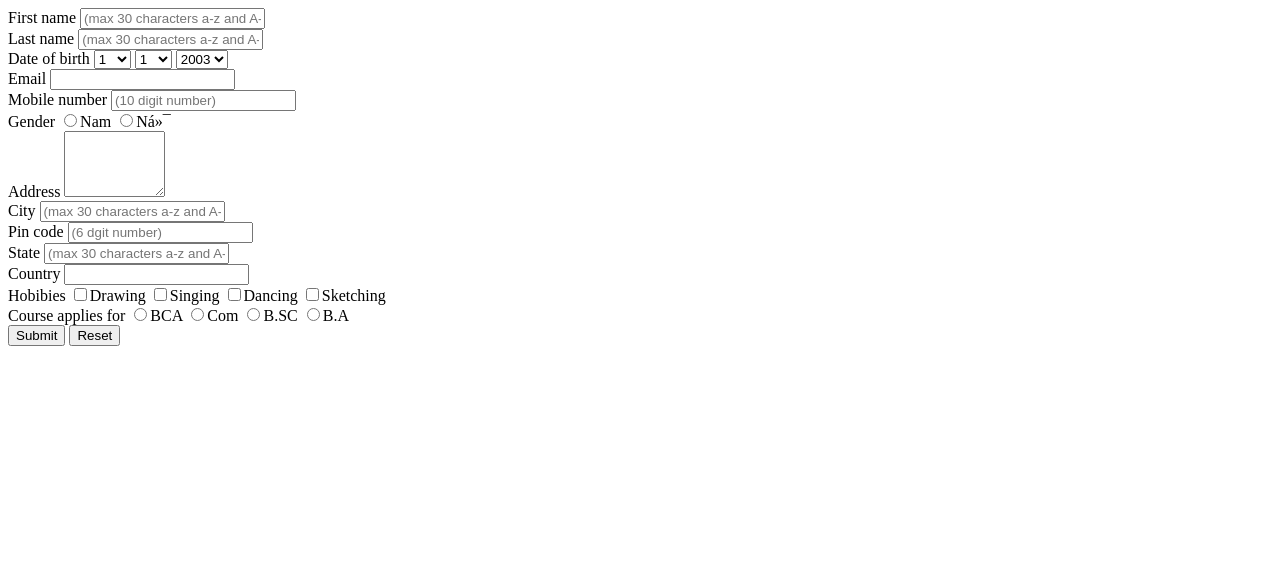
Repository: Knguyen2003/Spring
Page: http://localhost/PhanNguyenKhoiNguyen_21068021_Tuan04/StudentForm.jsp
The author's editor kept a copy of each file at every save. The page is drawn from the files as they stood at one save, then again after the next save.
The browser window is 1280 px wide. The pictures show the whole page.
The page is served by Tomcat 10. Other server files are loaded and not shown.

Above is the page before, as saved 2024-09-11 07:21:05.

### JavaServlet/Tuan4/PhanNguyenKhoiNguyen_21068021_Tuan04/PhanNguyenKhoiNguyen_21068021_Tuan04/PhanNguyenKhoiNguyen_21068021_Tuan04/src/main/webapp/StudentForm.jsp
<%@ page language="java" contentType="text/html; charset=ISO-8859-1"
    pageEncoding="ISO-8859-1"%>
<!DOCTYPE html>
<html>
<head>
<meta charset="ISO-8859-1">
<title>Insert title here</title>
</head>
<body>

	<form action="StudentSevlet" method = "post">

	    <label>First name</label>
	    <input type="text" name="txtFirstName" maxlength="30" placeholder="(max 30 characters a-z and A-z)"> <br>
	    <label>Last name</label>
	    <input type="text" name="txtLastName" maxlength="30" placeholder="(max 30 characters a-z and A-z)"><br>
	    <label>Date of birth</label>
	    <select id="ngay" name="day">
            <option value="01">1</option>
            <option value="02">2</option>
            <option value="03">3</option>
            <option value="04">4</option>
            <option value="05">5</option>
            <option value="06">6</option>
            <option value="07">7</option>
            <option value="08">8</option>
            <option value="09">9</option>
            <option value="10">10</option>
        </select>
        <select id="thang" name="month">
            <option value="01">1</option>
            <option value="02">2</option>
            <option value="03">3</option>
            <option value="04">4</option>
            <option value="05">5</option>
            <option value="06">6</option>
            <option value="07">7</option>
            <option value="08">8</option>
            <option value="09">9</option>
            <option value="10">10</option>
            <option value="11">11</option>
            <option value="12">12</option>
        </select>
        <select id="name" name="year">
            <option value="2003">2003</option>
            <option value="2004">2004</option>
            <option value="2005">2005</option>
            <option value="2006">2006</option>
        </select><br>
	    <label>Email</label>
	    <input type="text" name="txtEmail" maxlength="30"><br>
	    <label>Mobile number</label>
	    <input type="text" name="txtPhone" maxlength="30" placeholder="(10 digit number)"><br>
	    <label>Gender</label>
	    <label><input type="radio" name="gioitinh" value="nam" required>Nam</label>
	    <label><input type="radio" name="gioitinh" value="nu">Nữ</label><br>
	    <label>Address</label>
	    <textarea rows="4" cols="10" name="txtAddress"></textarea><br>
	    <label>City</label>
	    <input type="text" name="txtCity" maxlength="30" placeholder="(max 30 characters a-z and A-z)"><br>
	    <label>Pin code</label>
	    <input type="text" name="txtPincode" maxlength="30" placeholder="(6 dgit number)"><br>
	    <label>State</label>
	    <input type="text" name="txtState" maxlength="30" placeholder="(max 30 characters a-z and A-z)"><br>
	    <label>Country</label>
	    <input type="text" name="txtCountry" maxlength="30"><br>
	    <label>Hobibies</label>
	    <label><input type="checkbox" name="hobbies" value="Drawing" required>Drawing</label>
	    <label><input type="checkbox" name="hobbies" value="Singing">Singing</label>
	    <label><input type="checkbox" name="hobbies" value="Dancing" required>Dancing</label>
	    <label><input type="checkbox" name="hobbies" value="Sketching">Sketching</label><br>
	    <!-- Thieu table va other hobbies -->
	    <label>Course applies for</label>
	    <label><input type="radio" name="course" value="BCA" required>BCA</label>
	    <label><input type="radio" name="course" value="Com">Com</label>
	    <label><input type="radio" name="course" value="B.SC" required>B.SC</label>
	    <label><input type="radio" name="course" value="B.A">B.A</label><br>

	    <input type="submit" value="Submit">
	    <input type="reset" value="Reset">

	</form>


</body>
</html>

After the next save:
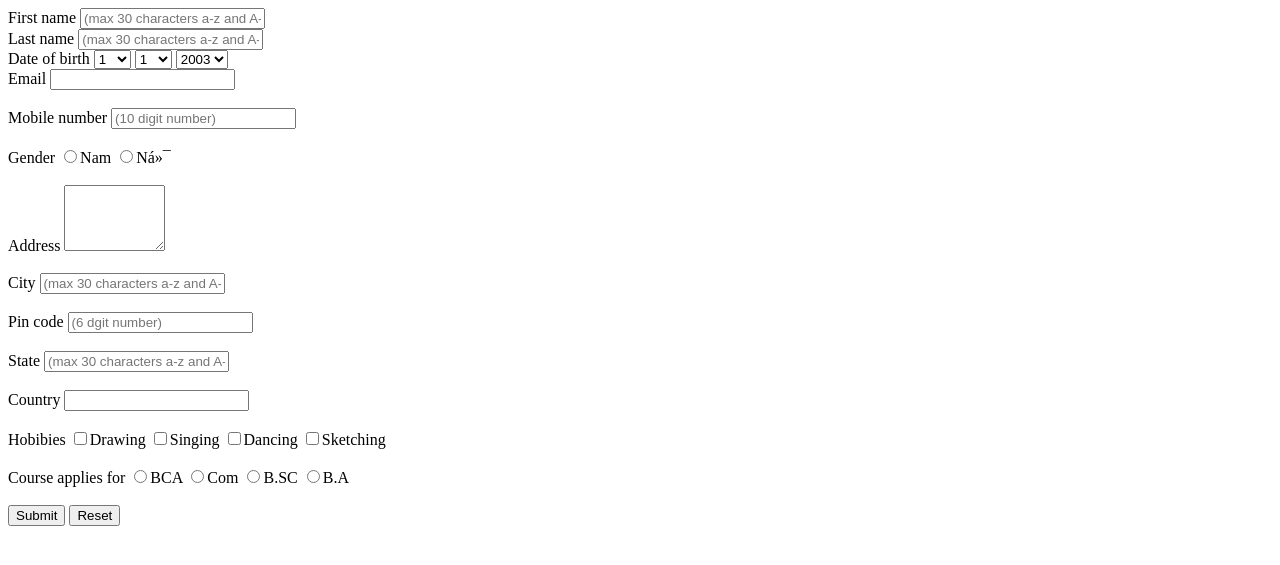
Saved 29 s later.
--- a/JavaServlet/Tuan4/PhanNguyenKhoiNguyen_21068021_Tuan04/PhanNguyenKhoiNguyen_21068021_Tuan04/PhanNguyenKhoiNguyen_21068021_Tuan04/src/main/webapp/StudentForm.jsp
+++ b/JavaServlet/Tuan4/PhanNguyenKhoiNguyen_21068021_Tuan04/PhanNguyenKhoiNguyen_21068021_Tuan04/PhanNguyenKhoiNguyen_21068021_Tuan04/src/main/webapp/StudentForm.jsp
@@ -48,33 +48,33 @@
             <option value="2006">2006</option>
         </select><br>
 	    <label>Email</label>
-	    <input type="text" name="txtEmail" maxlength="30"><br>
+	    <input type="text" name="txtEmail" maxlength="30"><br><br>
 	    <label>Mobile number</label>
-	    <input type="text" name="txtPhone" maxlength="30" placeholder="(10 digit number)"><br>
+	    <input type="text" name="txtPhone" maxlength="30" placeholder="(10 digit number)"><br><br>
 	    <label>Gender</label>
 	    <label><input type="radio" name="gioitinh" value="nam" required>Nam</label>
-	    <label><input type="radio" name="gioitinh" value="nu">Nữ</label><br>
+	    <label><input type="radio" name="gioitinh" value="nu">Nữ</label><br><br>
 	    <label>Address</label>
-	    <textarea rows="4" cols="10" name="txtAddress"></textarea><br>
+	    <textarea rows="4" cols="10" name="txtAddress"></textarea><br><br>
 	    <label>City</label>
-	    <input type="text" name="txtCity" maxlength="30" placeholder="(max 30 characters a-z and A-z)"><br>
+	    <input type="text" name="txtCity" maxlength="30" placeholder="(max 30 characters a-z and A-z)"><br><br>
 	    <label>Pin code</label>
-	    <input type="text" name="txtPincode" maxlength="30" placeholder="(6 dgit number)"><br>
+	    <input type="text" name="txtPincode" maxlength="30" placeholder="(6 dgit number)"><br><br>
 	    <label>State</label>
-	    <input type="text" name="txtState" maxlength="30" placeholder="(max 30 characters a-z and A-z)"><br>
+	    <input type="text" name="txtState" maxlength="30" placeholder="(max 30 characters a-z and A-z)"><br><br>
 	    <label>Country</label>
-	    <input type="text" name="txtCountry" maxlength="30"><br>
+	    <input type="text" name="txtCountry" maxlength="30"><br><br>
 	    <label>Hobibies</label>
 	    <label><input type="checkbox" name="hobbies" value="Drawing" required>Drawing</label>
 	    <label><input type="checkbox" name="hobbies" value="Singing">Singing</label>
 	    <label><input type="checkbox" name="hobbies" value="Dancing" required>Dancing</label>
-	    <label><input type="checkbox" name="hobbies" value="Sketching">Sketching</label><br>
+	    <label><input type="checkbox" name="hobbies" value="Sketching">Sketching</label><br><br>
 	    <!-- Thieu table va other hobbies -->
 	    <label>Course applies for</label>
 	    <label><input type="radio" name="course" value="BCA" required>BCA</label>
 	    <label><input type="radio" name="course" value="Com">Com</label>
 	    <label><input type="radio" name="course" value="B.SC" required>B.SC</label>
-	    <label><input type="radio" name="course" value="B.A">B.A</label><br>
+	    <label><input type="radio" name="course" value="B.A">B.A</label><br><br>
 
 	    <input type="submit" value="Submit">
 	    <input type="reset" value="Reset">
